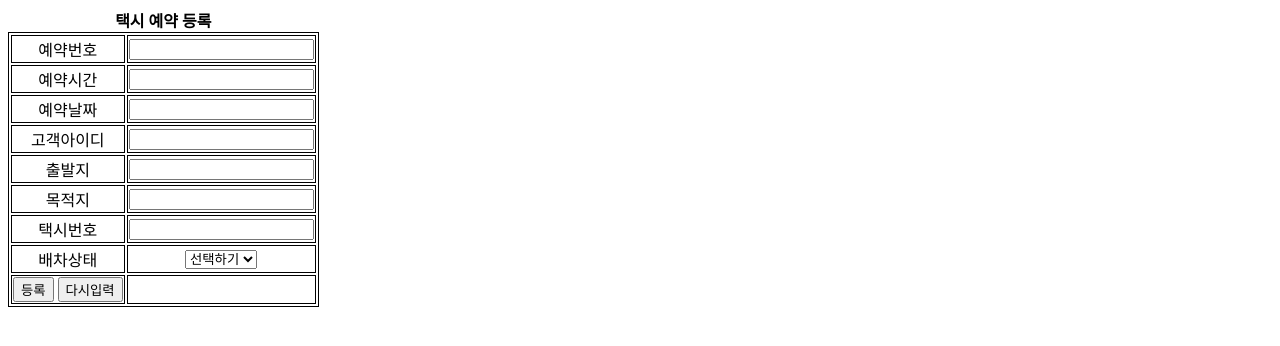
Repository: khs220507/WebClass
Page: prj0828/src/main/webapp/register_taxi.html
The author's editor kept a copy of each file at every save. The page is drawn from the files as they stood at one save, then again after the next save.
The browser window is 1280 px wide. The pictures show the whole page.

Above is the page before, as saved 2023-08-28 06:52:15.

### prj0828/src/main/webapp/register_taxi.html
<!DOCTYPE html>
<html>
<head>
<meta charset="UTF-8">
<title>Insert title here</title>
<link href="./css/register_taxi.css" rel="stylesheet"/>
</head>
<body>

	<table>
		<caption><strong>택시 예약 등록</strong></caption>
		<tr>
			<td >예약번호</td>
			<td><input type="text"></td>
		</tr>
		<tr>
			<td>예약시간</td>
			<td><input type="text"></td>
		</tr>
		<tr>
			<td>예약날짜</td>
			<td><input type="text"></td>
		</tr>
		<tr>
			<td>고객아이디</td>
			<td><input type="text"></td>
		</tr>
		<tr>
			<td>출발지</td>
			<td><input type="text"></td>
		</tr>
		<tr>
			<td>목적지</td>
			<td><input type="text"></td>
		</tr>
		<tr>
			<td>택시번호</td>
			<td><input type="text"></td>
		</tr>
		<tr>
			<td>배차상태</td>
			<td><select name="배차상태" >
				<option>선택하기</option>
				<option>배차완료</option>
				<option>배차준비</option>
				<option>배차미정</option>
			</select></td>
		</tr>
		<tr>
			<td><button>등록</button>
			<button>다시입력</button></td>
			<td></td>

		</tr>
	</table>

</body>
</html>

### prj0828/src/main/webapp/css/register_taxi.css
@charset "UTF-8";


table{
	border: 1px solid black;
	border-collapse: true;
}
td{
	border: 1px solid black;
	border-collapse: true;
	text-align: center;
}

After the next save:
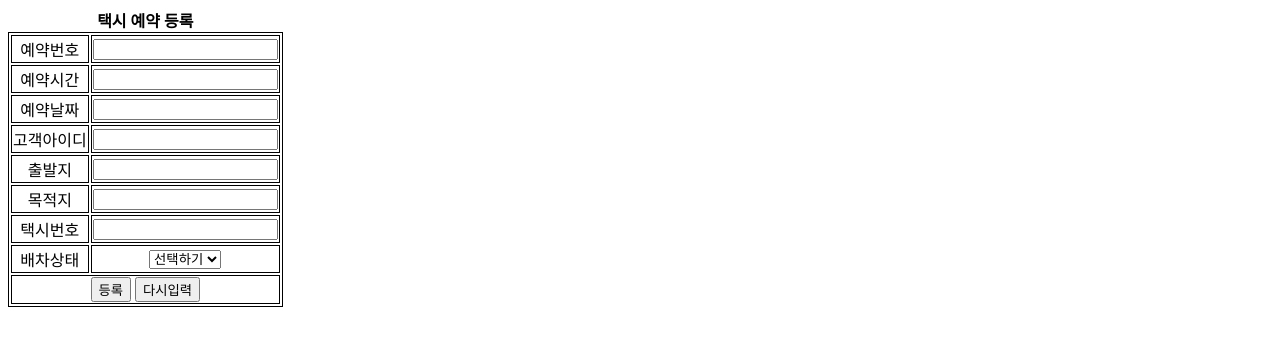
Saved 18 s later.
--- a/prj0828/src/main/webapp/register_taxi.html
+++ b/prj0828/src/main/webapp/register_taxi.html
@@ -47,9 +47,9 @@
 			</select></td>
 		</tr>
 		<tr>
-			<td><button>등록</button>
+			<td colspan="2"><button>등록</button>
 			<button>다시입력</button></td>
-			<td></td>
+
 
 		</tr>
 	</table>
